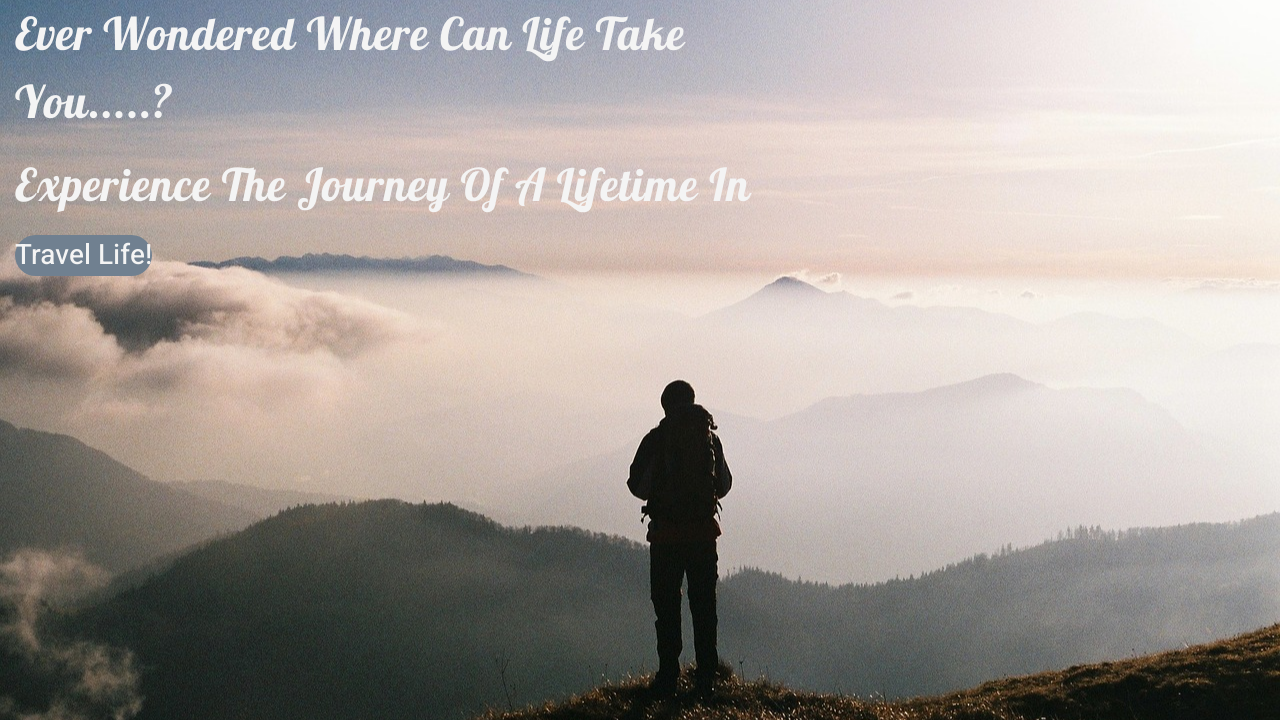
Repository: Code-Institute-Submissions/Travel-Life
Page: index.html
The author's editor kept a record of every edit. The page is drawn from the files as they stood at one moment, then again after the next edit.
The browser window is 1280 px wide. The pictures show the whole page.

Above is the page before.

### index.html
<!DOCTYPE html>
<html lang="en">

<head>
    <meta charset="UTF-8">
    <meta name="viewport" content="width=device-width, initial-scale=1.0">
    <meta http-equiv="X-UA-Compatible" content="ie=edge">
    <link rel="stylesheet" href="https://stackpath.bootstrapcdn.com/bootstrap/4.4.1/css/bootstrap.min.css" integrity="sha384-Vkoo8x4CGsO3+Hhxv8T/Q5PaXtkKtu6ug5TOeNV6gBiFeWPGFN9MuhOf23Q9Ifjh" crossorigin="anonymous">
    <link href="https://stackpath.bootstrapcdn.com/font-awesome/4.7.0/css/font-awesome.min.css" rel="stylesheet" integrity="sha384-wvfXpqpZZVQGK6TAh5PVlGOfQNHSoD2xbE+QkPxCAFlNEevoEH3Sl0sibVcOQVnN" crossorigin="anonymous">
    <link rel="stylesheet" href="assets/css/style.css" type="text/css" />
    <title>Travel Life</title </head>

    <body>
        <header class="container-fluid">
            <div class="row">
                <div class="col-md-8">
                    <p class="capitalize">Ever wondered where can life take you.....?</p>
                    <p class="capitalize">experience the journey of a lifetime in <a href=""><span><h3>Travel Life!</h3></span></a></p>
                </div>
            </div>

                <div class="col-md-8">
                    <div class="row ">
                        <div class="heading">

                        </div>
                    </div>
                </div>
            </div>
            </div>
        </header>

        <script src="https://code.jquery.com/jquery-3.4.1.slim.min.js" integrity="sha384-J6qa4849blE2+poT4WnyKhv5vZF5SrPo0iEjwBvKU7imGFAV0wwj1yYfoRSJoZ+n" crossorigin="anonymous"></script>
        <script src="https://cdn.jsdelivr.net/npm/popper.js@1.16.0/dist/umd/popper.min.js" integrity="sha384-Q6E9RHvbIyZFJoft+2mJbHaEWldlvI9IOYy5n3zV9zzTtmI3UksdQRVvoxMfooAo" crossorigin="anonymous"></script>
        <script src="https://stackpath.bootstrapcdn.com/bootstrap/4.4.1/js/bootstrap.min.js" integrity="sha384-wfSDF2E50Y2D1uUdj0O3uMBJnjuUD4Ih7YwaYd1iqfktj0Uod8GCExl3Og8ifwB6" crossorigin="anonymous"></script>
    </body>

</html>

### assets/css/style.css
@import url('https://fonts.googleapis.com/css?family=Heebo:400,500,700|Lobster&display=swap');

.capitalize {
    text-transform: capitalize;
}


html,
body {
    padding-top: 50px;
    background: url("../images/mountain.jpg");
    background-position: center;
    background-repeat: no-repeat;
    background-size: cover;
    min-height: 400px;
    transition: all .5s ease-in-out;
    -moz-transition: all .5s ease-in-out;
    -webkit-transition: all .5s ease-in-out;
    height: 100%;
    margin: 0;
    padding: 0;
}


p {

    font-family: "Lobster", cursive;
    font-weight: 400;
    letter-spacing: 1px;
    font-size: 45px;
    color: #f4f4f4;
}

a {
    font-family: "Heebo", sans-serif;
    color: #f4f4f4;
    background-color: #708090;
    border-radius: 120px;
}

a:hover {
    text-decoration: none;
    background-color: #f4f4f4;
    color: #708090;
}

#map {
    min-height: 100%;
    width: 200px;
    background-color: red;
}

After the next edit:
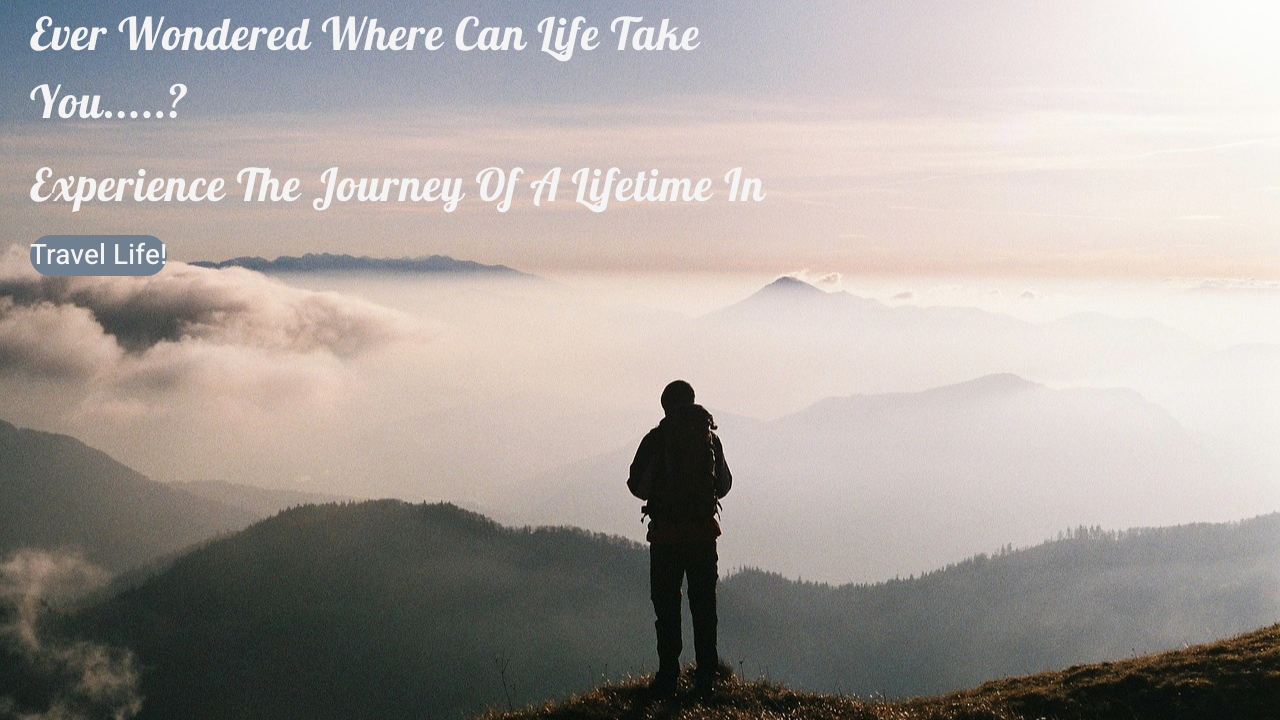
The edit:
--- a/index.html
+++ b/index.html
@@ -12,13 +12,13 @@
 
     <body>
         <header class="container-fluid">
-            <div class="row">
-                <div class="col-md-8">
-                    <p class="capitalize">Ever wondered where can life take you.....?</p>
-                    <p class="capitalize">experience the journey of a lifetime in <a href=""><span><h3>Travel Life!</h3></span></a></p>
+            <div class="col-md-12 centered-photo">
+                <div class="row">
+                    <div class="col-md-8">
+                        <p class="capitalize">Ever wondered where can life take you.....?</p>
+                        <p class="capitalize">experience the journey of a lifetime in <a href=""><span><h3>Travel Life!</h3></span></a></p>
+                    </div>
                 </div>
-            </div>
-
                 <div class="col-md-8">
                     <div class="row ">
                         <div class="heading">

After the 4 edits that followed:
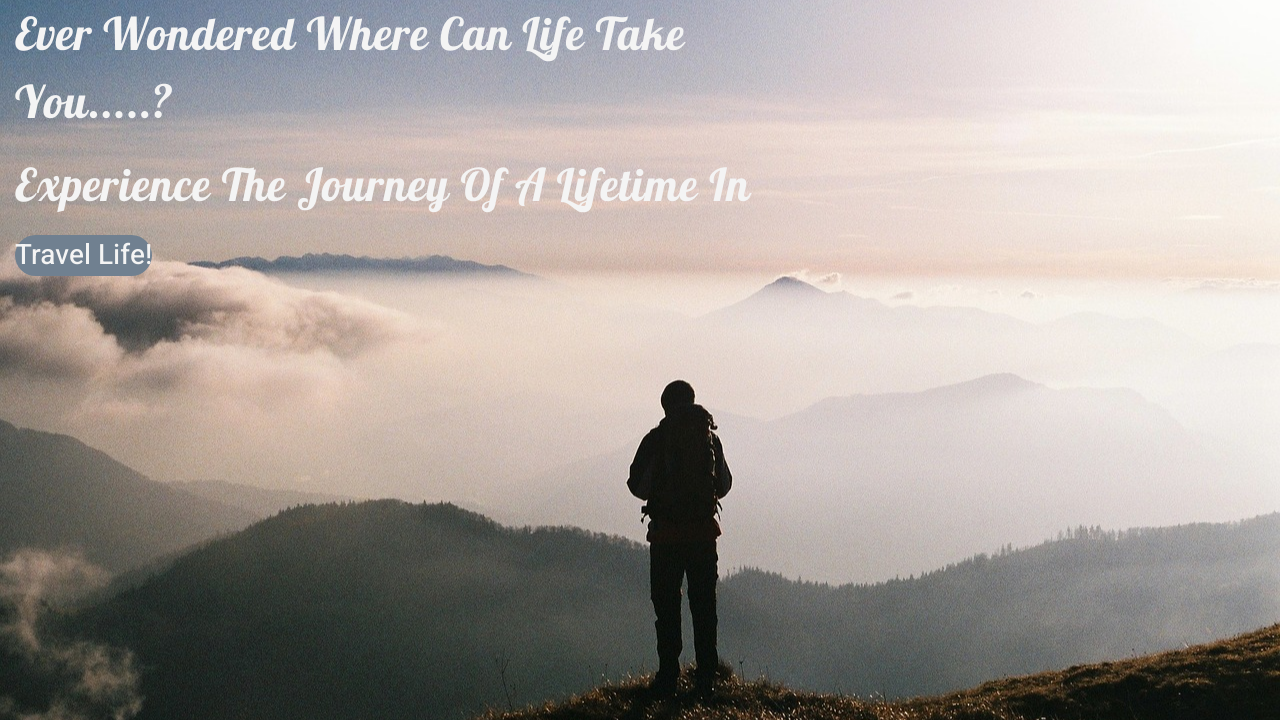
The 4 edits are shown as one change because 3 left the picture as it was.
The edit:
--- a/index.html
+++ b/index.html
@@ -12,8 +12,8 @@
 
     <body>
         <header class="container-fluid">
-            <div class="col-md-12 centered-photo">
-                <div class="row">
+            <div class="row">
+
                     <div class="col-md-8">
                         <p class="capitalize">Ever wondered where can life take you.....?</p>
                         <p class="capitalize">experience the journey of a lifetime in <a href=""><span><h3>Travel Life!</h3></span></a></p>
@@ -22,14 +22,11 @@
                 <div class="col-md-8">
                     <div class="row ">
                         <div class="heading">
-
                         </div>
                     </div>
                 </div>
-            </div>
-            </div>
         </header>
-
+        </div>
         <script src="https://code.jquery.com/jquery-3.4.1.slim.min.js" integrity="sha384-J6qa4849blE2+poT4WnyKhv5vZF5SrPo0iEjwBvKU7imGFAV0wwj1yYfoRSJoZ+n" crossorigin="anonymous"></script>
         <script src="https://cdn.jsdelivr.net/npm/popper.js@1.16.0/dist/umd/popper.min.js" integrity="sha384-Q6E9RHvbIyZFJoft+2mJbHaEWldlvI9IOYy5n3zV9zzTtmI3UksdQRVvoxMfooAo" crossorigin="anonymous"></script>
         <script src="https://stackpath.bootstrapcdn.com/bootstrap/4.4.1/js/bootstrap.min.js" integrity="sha384-wfSDF2E50Y2D1uUdj0O3uMBJnjuUD4Ih7YwaYd1iqfktj0Uod8GCExl3Og8ifwB6" crossorigin="anonymous"></script>
